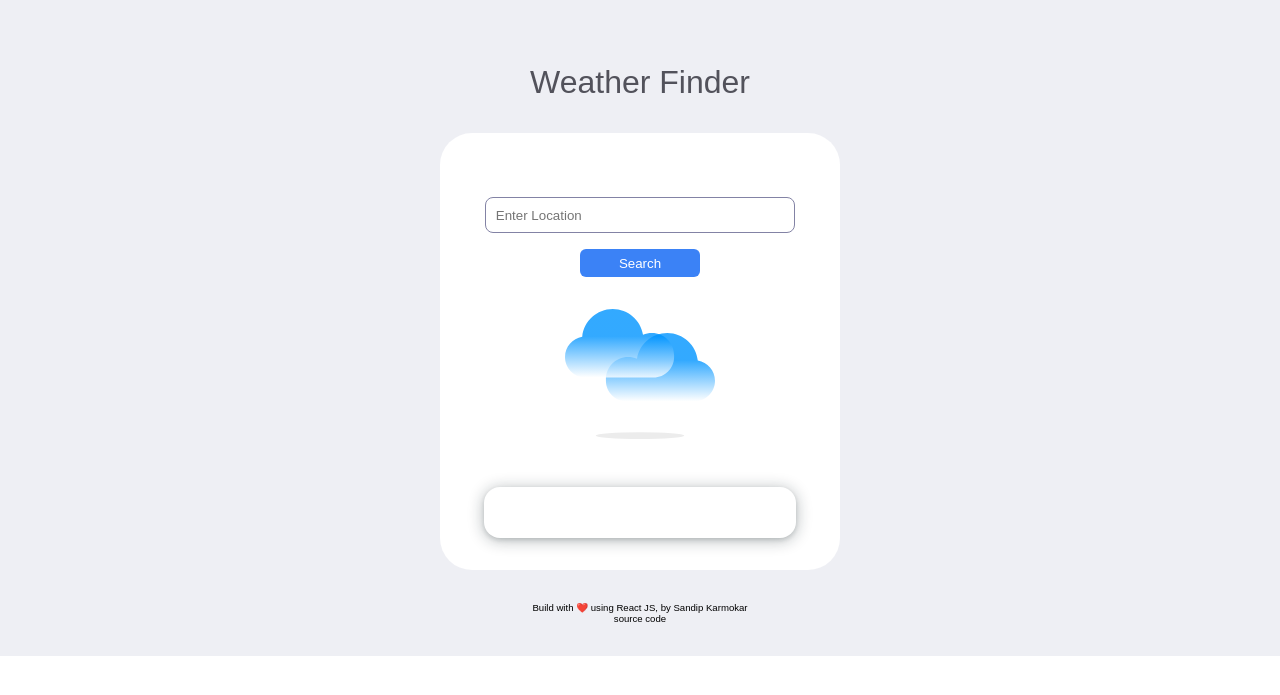
Repository: sandipkarmokar/weather-app
Page: /
The author's editor kept a copy of each file at every save. The page is drawn from the files as they stood at one save, then again after the next save.
The browser window is 1280 px wide. The pictures show the whole page.
The project was rebuilt for these pictures with package versions that can differ from the ones it lists, and the page was loaded fresh each time.

Above is the page before, as saved 2022-04-12 18:17:11.

After the next save:
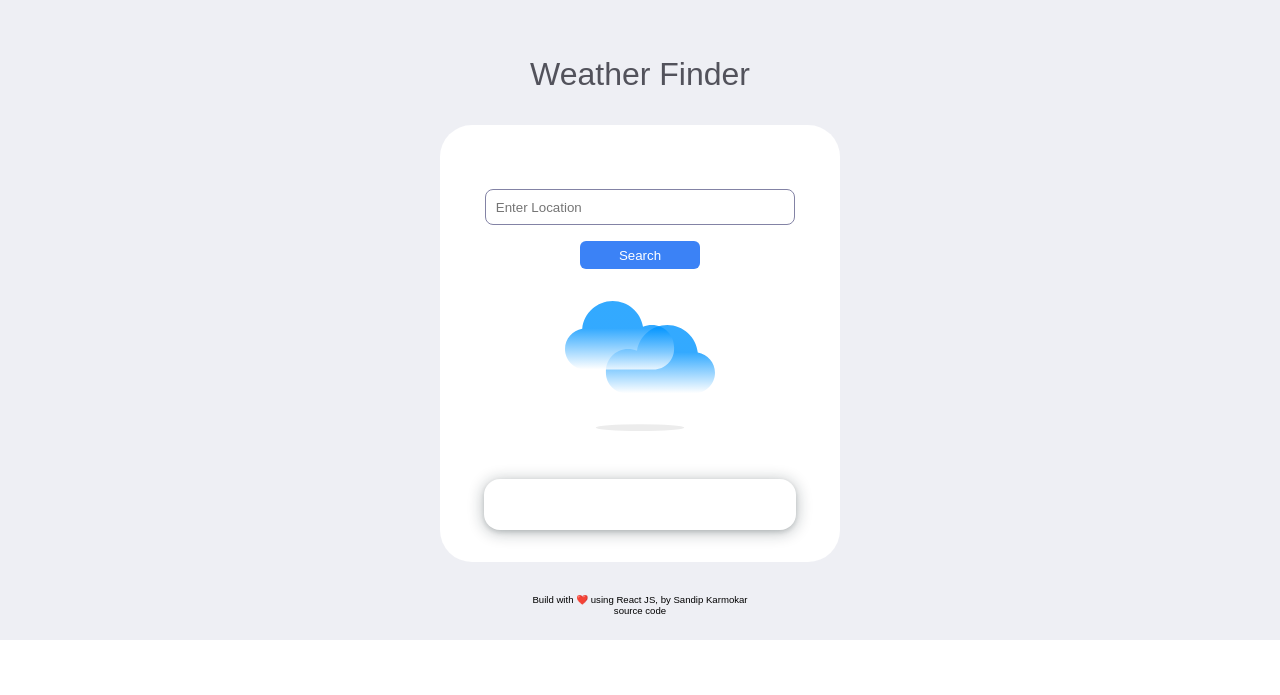
Saved 11 s later.
--- a/src/App.css
+++ b/src/App.css
@@ -161,7 +161,7 @@
     .app {
         background-color: #eeeff4;
         height: 100%;
-        padding: 2rem;
+        padding: 1.5rem;
     }
 
     .app .app-container {
